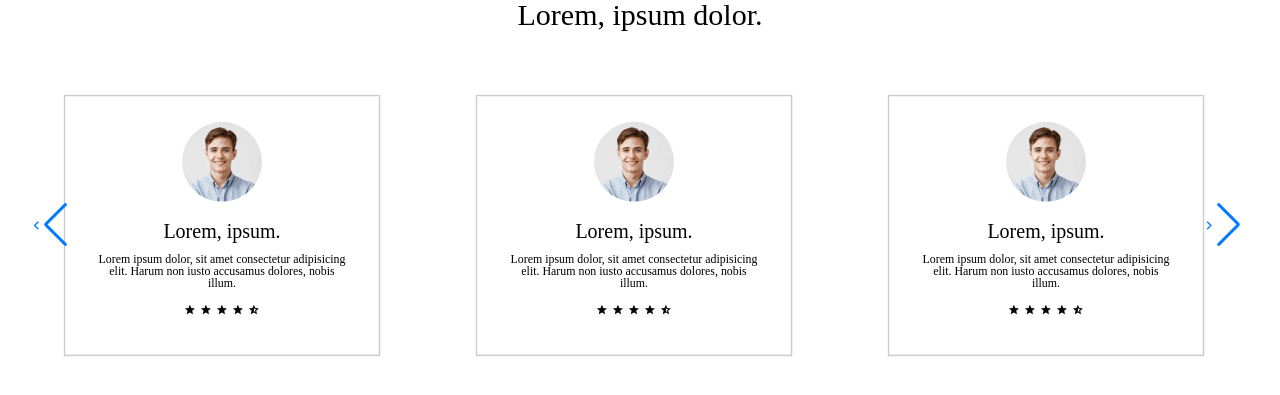
Repository: dinhhaidh/slider-3
Page: index.html
The author's editor kept a copy of each file at every save. The page is drawn from the files as they stood at one save, then again after the next save.
The browser window is 1280 px wide. The pictures show the whole page.

Above is the page before, as saved 2024-03-22 22:00:48.

### index.html
<!DOCTYPE html>
<html lang="en">
<head>
    <meta charset="UTF-8">
    <meta name="viewport" content="width=device-width, initial-scale=1.0">
    <title>Document</title>
    <link rel="stylesheet" href="https://cdnjs.cloudflare.com/ajax/libs/remixicon/4.2.0/remixicon.min.css">

    <link rel="stylesheet" href="./css/swiper-bundle.min.css">

    <link rel="stylesheet" href="./css/style.css">

</head>
<body>
    <div class="new">
        <h3 class="new__title">
            Lorem, ipsum dolor.
        </h3>

        <div class="new__container container">
            <div class="new__swiper swiper">
                <div  class="swiper-wrapper">
                    <article class="new__card new__article swiper-slide">
                        <img src="./img1.png" alt="" class="new__img">
                        <h3 class="new__subtitle">
                            Lorem, ipsum.
                        </h3>
                        <p class="new__description">
                            Lorem ipsum dolor, sit amet consectetur adipisicing elit. Harum non iusto accusamus dolores, nobis illum.
                        </p>
                        <div class="new__stars">
                            <i class="ri-star-s-fill"></i>
                            <i class="ri-star-s-fill"></i>
                            <i class="ri-star-s-fill"></i>
                            <i class="ri-star-s-fill"></i>
                            <i class="ri-star-half-s-line"></i>
                        </div>
                    </article>

                    <article class="new__card new__article swiper-slide">
                        <img src="./img1.png" alt="" class="new__img">
                        <h3 class="new__subtitle">
                            Lorem, ipsum.
                        </h3>
                        <p class="new__description">
                            Lorem ipsum dolor, sit amet consectetur adipisicing elit. Harum non iusto accusamus dolores, nobis illum.
                        </p>
                        <div class="new__stars">
                            <i class="ri-star-s-fill"></i>
                            <i class="ri-star-s-fill"></i>
                            <i class="ri-star-s-fill"></i>
                            <i class="ri-star-s-fill"></i>
                            <i class="ri-star-half-s-line"></i>
                        </div>
                    </article>

                    <article class="new__card new__article swiper-slide">
                        <img src="./img1.png" alt="" class="new__img">
                        <h3 class="new__subtitle">
                            Lorem, ipsum.
                        </h3>
                        <p class="new__description">
                            Lorem ipsum dolor, sit amet consectetur adipisicing elit. Harum non iusto accusamus dolores, nobis illum.
                        </p>
                        <div class="new__stars">
                            <i class="ri-star-s-fill"></i>
                            <i class="ri-star-s-fill"></i>
                            <i class="ri-star-s-fill"></i>
                            <i class="ri-star-s-fill"></i>
                            <i class="ri-star-half-s-line"></i>
                        </div>
                    </article>
                </div>

                <!-- If we need navigation buttons -->
                <div class="swiper-button-prev">
                    <i class="ri-arrow-left-s-line"></i>
                </div>
                <div class="swiper-button-next">
                    <i class="ri-arrow-right-s-line"></i>
                </div>
            </div>

        </div>
    </div>

    <script src="./js/swiper-bundle.min.js"></script>
    <script src="./js/app.js"></script>
</body>
</html>

### css/style.css
*,
*:before,
*:after {
  box-sizing: border-box;
}
* {
  margin: 0;
  padding: 0;
  font: inherit;
}
img,
picture,
svg,
video {
  display: block;
  max-width: 100%;
}
input,
select,
textarea {
  background-color: transparent;
  outline: none;
}
button {
  cursor: pointer;
  background-color: transparent;
  outline: none;
  border: 0;
}
body {
  min-height: 100vh;
  font-weight: 400;
  font-size: 16px;
  line-height: 1;
}

.container{
  max-width: 1220px;
  Margin-inline: 1.5rem;
}


.new__title{
  font-size: 30px;
  margin-bottom: 2rem;
  text-align: center;
}

.new__card{
  scale: .8;
}
.new .swiper-slider-active,
.new .sw{

}

.new__article{
  padding: 2rem 2.5rem 3rem;
  text-align: center;
  border: 2px solid #ccc;
}
.new__img{
  width: 100px;
  border-radius: 50%;
  margin: 0 auto 1.5rem;
}
.new__subtitle{
  margin-bottom: 1rem;
  font-size: 25px;
}
.new__description{
  font-size: 0.93rem;
  margin-bottom: 1rem;
}
.new__stars{

}
.ri-star-s-fill{

}
.ri-star-half-s-line{

}

### js/app.js

let swiperNew = new Swiper('.new__swiper', {
    loop: true,
    spaceBetween: 16,
    slidesPerView: 'auto',
    centeredSlides: true,


     // Navigation arrows
    navigation: {
        nextEl: '.swiper-button-next',
        prevEl: '.swiper-button-prev',
    },

    breakpoints: {
        1150: {
            slidesPerView: 3,
            centeredSlides: false,
        }
    }
});

Loaded but not shown: css/swiper-bundle.min.css (library); js/swiper-bundle.min.js (library)

After the next save:
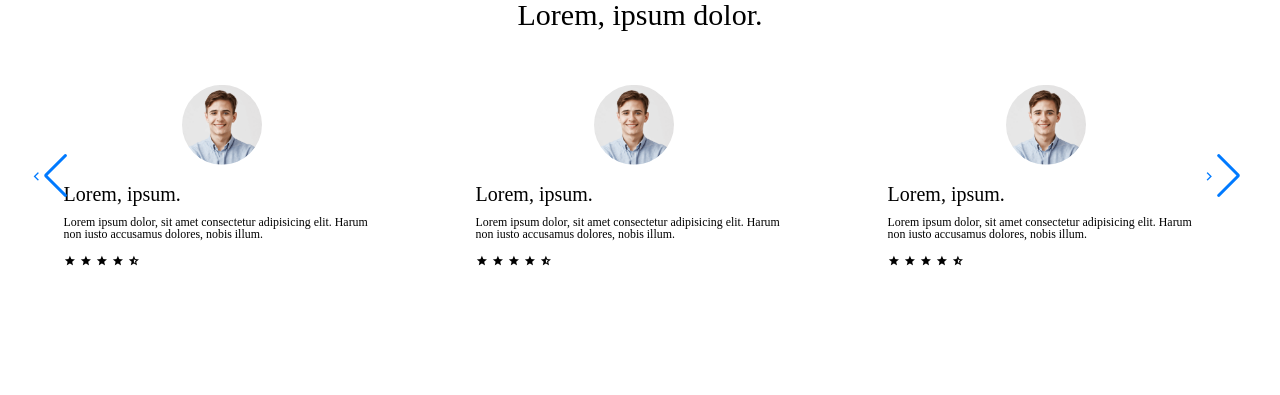
Saved 51 s later.
--- a/css/style.css
+++ b/css/style.css
@@ -53,6 +53,8 @@ body {
 .new .sw{
 
 }
+ew .swiper-slider-active,
+.new .sw
 
 .new__article{
   padding: 2rem 2.5rem 3rem;
